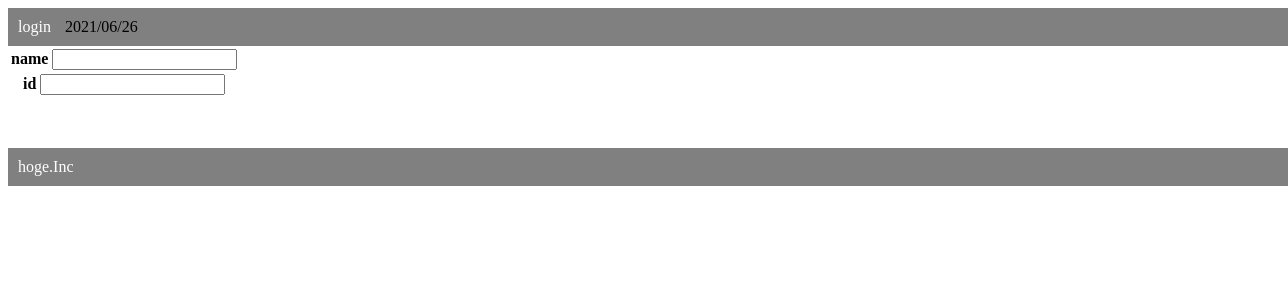
Repository: genki-iwai/curriculum
Page: http://localhost/Check3/
The author's editor kept a copy of each file at every save. The page is drawn from the files as they stood at one save, then again after the next save.
The browser window is 1280 px wide. The page is 1288 px wide, so the pictures cover 1288 px, including what lies to the right of the window. The pictures show the whole page.
The page is served by Tomcat 9.

Above is the page before, as saved 2021-07-04 01:48:29.

After the next save:
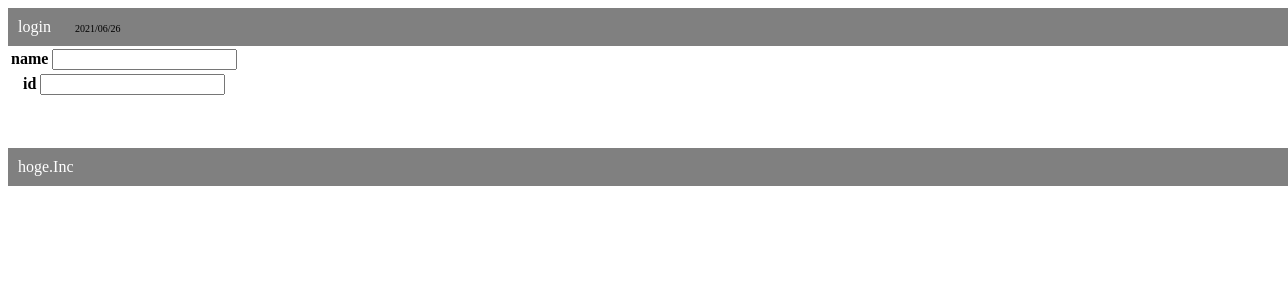
Saved 53 s later.
--- a/JavaStudy/Check3/WebContent/css/style.css
+++ b/JavaStudy/Check3/WebContent/css/style.css
@@ -13,6 +13,10 @@ body {
 	padding: 10px;
 	color: white;
 }
+.date {
+	padding: 10px;
+	font-size: 10px;
+}
 .main {
 	paddding-top: 50px;
 	padding-bottom: 50px;
